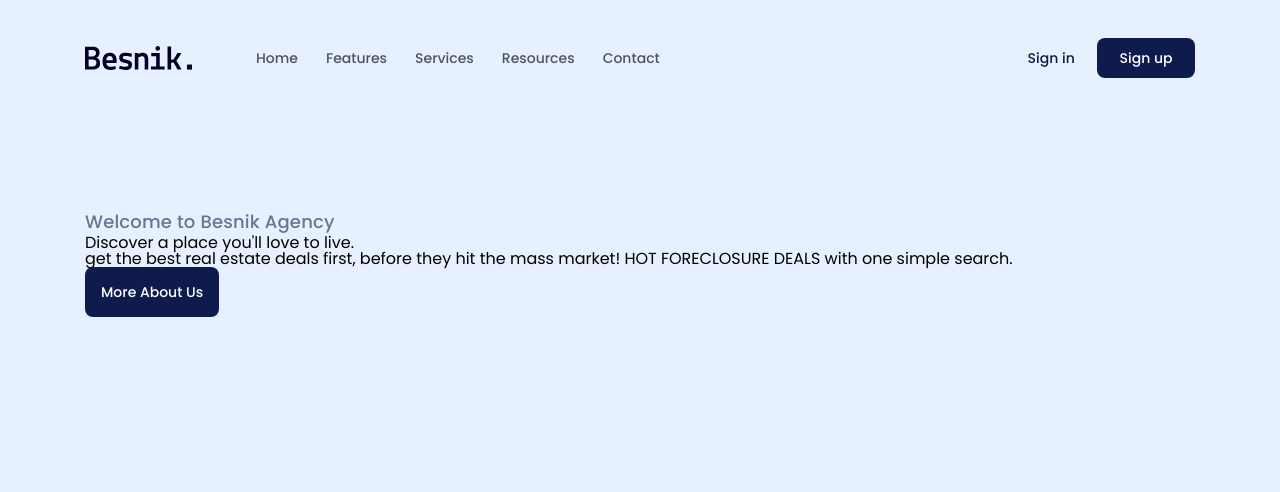
Repository: empty24062002/f8-htmlcss-01
Page: index.html
The author's editor kept a copy of each file at every save. The page is drawn from the files as they stood at one save, then again after the next save.
The browser window is 1280 px wide. The pictures show the whole page.

Above is the page before, as saved 2023-07-11 13:54:06.

### index.html
<!DOCTYPE html>
<html lang="en">
    <head>
        <meta charset="UTF-8" />
        <meta name="viewport" content="width=device-width, initial-scale=1.0" />
        <title>F8 PROJECT 01</title>
        <link rel="stylesheet" href="./assets/css/reset.css" />
        <link rel="stylesheet" href="./assets/fonts/stylesheet.css" />
        <link rel="stylesheet" href="./assets/css/styles.css" />
    </head>
    <body>
        <main>
            <!-- Header -->
            <header class="header">
                <div class="content">
                    <nav class="navbar">
                        <!-- Logo -->
                        <img src="./assets/img/Logo.svg" alt="Besnik." />
                        <!-- Navigation -->
                        <ul>
                            <li><a href="#!">Home</a></li>
                            <li><a href="#!">Features</a></li>
                            <li><a href="#!">Services</a></li>
                            <li><a href="#!">Resources</a></li>
                            <li><a href="#!">Contact</a></li>
                        </ul>
                        <!-- Action -->
                        <div class="actions">
                            <a href="#!" class="action-link">Sign in</a>
                            <a href="#!" class="btn action-btn">Sign up</a>
                        </div>
                    </nav>

                    <div class="hero">
                        <div class="info">
                            <p class="sub-title">Welcome to Besnik Agency</p>
                            <h1 class="title">
                                Discover a place you'll love to live.
                            </h1>
                            <p class="desc">
                                get the best real estate deals first, before
                                they hit the mass market! HOT FORECLOSURE DEALS
                                with one simple search.
                            </p>
                            <a href="#!" class="btn">More About Us</a>
                        </div>
                    </div>
                </div>
            </header>
        </main>
    </body>
</html>

### assets/fonts/stylesheet.css
/* =======Poppins======= */
@font-face {
    font-family: "Poppins";
    src: url("Poppins/Poppins-Black.woff2") format("woff2"),
        url("Poppins/Poppins-Black.woff") format("woff");
    font-weight: 900;
    font-style: normal;
    font-display: swap;
}

@font-face {
    font-family: "Poppins";
    src: url("Poppins/Poppins-BlackItalic.woff2") format("woff2"),
        url("Poppins/Poppins-BlackItalic.woff") format("woff");
    font-weight: 900;
    font-style: italic;
    font-display: swap;
}

@font-face {
    font-family: "Poppins";
    src: url("Poppins/Poppins-Bold.woff2") format("woff2"),
        url("Poppins/Poppins-Bold.woff") format("woff");
    font-weight: bold;
    font-style: normal;
    font-display: swap;
}

@font-face {
    font-family: "Poppins";
    src: url("Poppins/Poppins-Light.woff2") format("woff2"),
        url("Poppins/Poppins-Light.woff") format("woff");
    font-weight: 300;
    font-style: normal;
    font-display: swap;
}

@font-face {
    font-family: "Poppins";
    src: url("Poppins/Poppins-ExtraLight.woff2") format("woff2"),
        url("Poppins/Poppins-ExtraLight.woff") format("woff");
    font-weight: 200;
    font-style: normal;
    font-display: swap;
}

@font-face {
    font-family: "Poppins";
    src: url("Poppins/Poppins-ExtraLightItalic.woff2") format("woff2"),
        url("Poppins/Poppins-ExtraLightItalic.woff") format("woff");
    font-weight: 200;
    font-style: italic;
    font-display: swap;
}

@font-face {
    font-family: "Poppins";
    src: url("Poppins/Poppins-ExtraBoldItalic.woff2") format("woff2"),
        url("Poppins/Poppins-ExtraBoldItalic.woff") format("woff");
    font-weight: bold;
    font-style: italic;
    font-display: swap;
}

@font-face {
    font-family: "Poppins";
    src: url("Poppins/Poppins-Italic.woff2") format("woff2"),
        url("Poppins/Poppins-Italic.woff") format("woff");
    font-weight: normal;
    font-style: italic;
    font-display: swap;
}

@font-face {
    font-family: "Poppins";
    src: url("Poppins/Poppins-BoldItalic.woff2") format("woff2"),
        url("Poppins/Poppins-BoldItalic.woff") format("woff");
    font-weight: bold;
    font-style: italic;
    font-display: swap;
}

@font-face {
    font-family: "Poppins";
    src: url("Poppins/Poppins-ExtraBold.woff2") format("woff2"),
        url("Poppins/Poppins-ExtraBold.woff") format("woff");
    font-weight: bold;
    font-style: normal;
    font-display: swap;
}

@font-face {
    font-family: "Poppins";
    src: url("Poppins/Poppins-Regular.woff2") format("woff2"),
        url("Poppins/Poppins-Regular.woff") format("woff");
    font-weight: normal;
    font-style: normal;
    font-display: swap;
}

@font-face {
    font-family: "Poppins";
    src: url("Poppins/Poppins-SemiBold.woff2") format("woff2"),
        url("Poppins/Poppins-SemiBold.woff") format("woff");
    font-weight: 600;
    font-style: normal;
    font-display: swap;
}

@font-face {
    font-family: "Poppins";
    src: url("Poppins/Poppins-ThinItalic.woff2") format("woff2"),
        url("Poppins/Poppins-ThinItalic.woff") format("woff");
    font-weight: 100;
    font-style: italic;
    font-display: swap;
}

@font-face {
    font-family: "Poppins";
    src: url("Poppins/Poppins-Medium.woff2") format("woff2"),
        url("Poppins/Poppins-Medium.woff") format("woff");
    font-weight: 500;
    font-style: normal;
    font-display: swap;
}

@font-face {
    font-family: "Poppins";
    src: url("Poppins/Poppins-Thin.woff2") format("woff2"),
        url("Poppins/Poppins-Thin.woff") format("woff");
    font-weight: 100;
    font-style: normal;
    font-display: swap;
}

@font-face {
    font-family: "Poppins";
    src: url("Poppins/Poppins-SemiBoldItalic.woff2") format("woff2"),
        url("Poppins/Poppins-SemiBoldItalic.woff") format("woff");
    font-weight: 600;
    font-style: italic;
    font-display: swap;
}

@font-face {
    font-family: "Poppins";
    src: url("Poppins/Poppins-MediumItalic.woff2") format("woff2"),
        url("Poppins/Poppins-MediumItalic.woff") format("woff");
    font-weight: 500;
    font-style: italic;
    font-display: swap;
}

@font-face {
    font-family: "Poppins";
    src: url("Poppins/Poppins-LightItalic.woff2") format("woff2"),
        url("Poppins/Poppins-LightItalic.woff") format("woff");
    font-weight: 300;
    font-style: italic;
    font-display: swap;
}

### assets/css/styles.css
* {
    box-sizing: border-box;
}

:root {
    --primary-color: #0f1b4c;
}

html {
    font-size: 62.5%;
}

body {
    font-size: 1.6rem;
    font-family: "Poppins", sans-serif;
}
/* Common */
a {
    text-decoration: none;
}

.content {
    width: 1110px;
    max-width: calc(100% - 48px);
    margin-left: auto;
    margin-right: auto;
}

.btn {
    display: inline-block;
    min-width: 98px;
    padding: 18px 16px;
    border-radius: 8px;
    background: var(--primary-color);
    font-size: 1.4rem;
    font-weight: 500;
    text-align: center;
    color: #fff;
}

.btn:hover {
    opacity: 0.9;
}

/* Header */
.header {
    background-color: #e6f0ff;
    height: 100vh;
}

.navbar {
    display: flex;
    align-items: center;
    padding-top: 38px;
}

.navbar ul {
    display: flex;
    margin-left: 50px;
}

.navbar ul a {
    font-size: 1.4rem;
    font-weight: 500;
    color: #4f5361;
    padding: 8px 14px;
}

.navbar ul a:hover {
    text-decoration: underline;
}

.navbar .actions {
    margin-left: auto;
}

.navbar .action-link {
    font-size: 1.4rem;
    font-weight: 500;
    color: var(--primary-color);
    margin-right: 18px;
}

.navbar .action-btn {
    padding: 13px 16px;
}

.hero {
    margin-top: 130px;
}

.hero .sub-title {
    color: #687690;
    font-size: 1.8rem;
    line-height: 1.5;
    font-weight: 500;
    letter-spacing: 0.01em;
}

Loaded but not shown: assets/css/reset.css (common file)

After the next save:
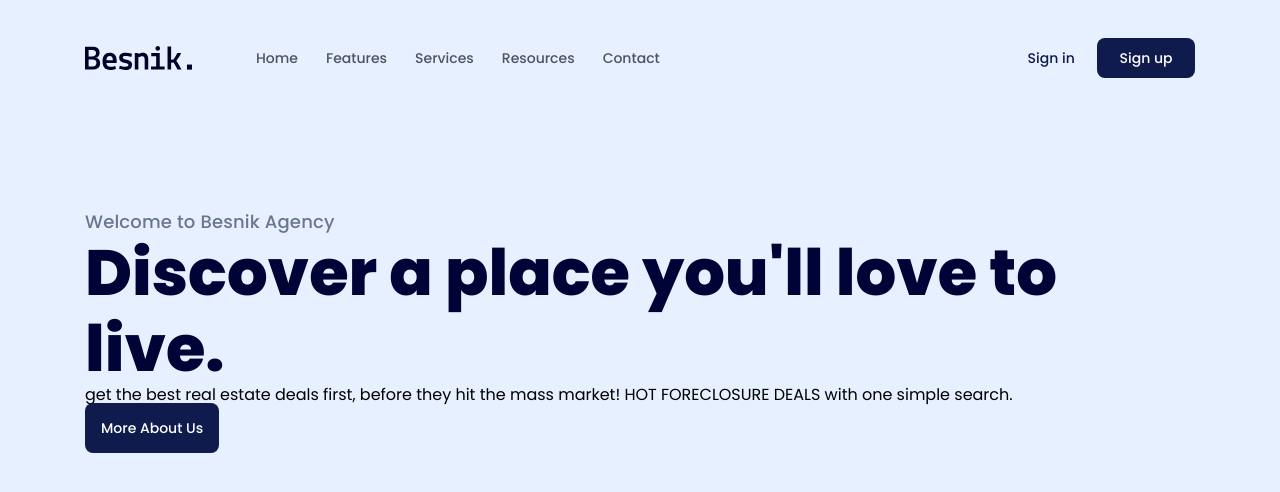
Saved 33 s later.
--- a/assets/css/styles.css
+++ b/assets/css/styles.css
@@ -96,3 +96,10 @@
     font-weight: 500;
     letter-spacing: 0.01em;
 }
+
+.hero .title {
+    color: #000336;
+    font-size: 64px;
+    font-weight: 700;
+    line-height: 76px;
+}
